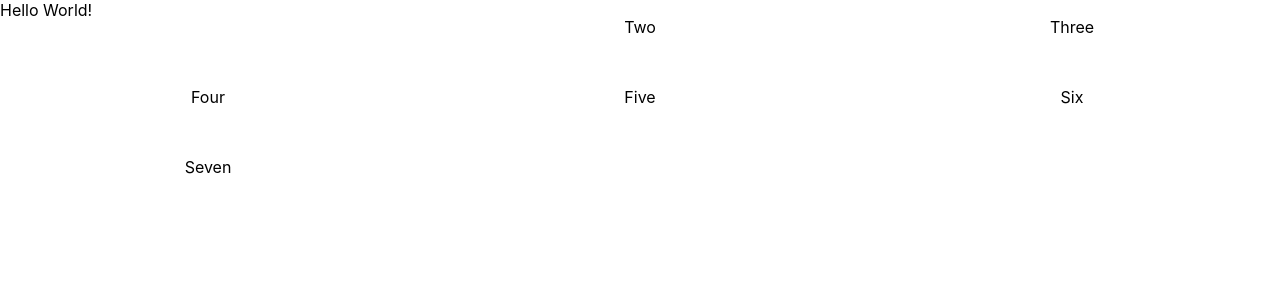
Repository: roistyx/react
Page: /components (app in layouts-app/)
An editor plug-in stored every save of this project. The page is shown before and after the next save, followed by the edit.
The browser window is 1280 px wide. The pictures show the whole page.
The project was rebuilt for these pictures with package versions that can differ from the ones it lists, and the page was loaded fresh each time. Also part of the build but not shown: layouts-app/src/layouts/Line.css, layouts-app/src/layouts/Line.js, layouts-app/src/elements/Btn.css, layouts-app/src/elements/Btn.js, layouts-app/src/elements/TextField.css, layouts-app/src/elements/TextField.js, layouts-app/src/components/Cards/BasicCard.js, layouts-app/src/layouts/Layouts.js.

Above is the page before, as saved 2023-05-02 15:48:48.

After the next save:
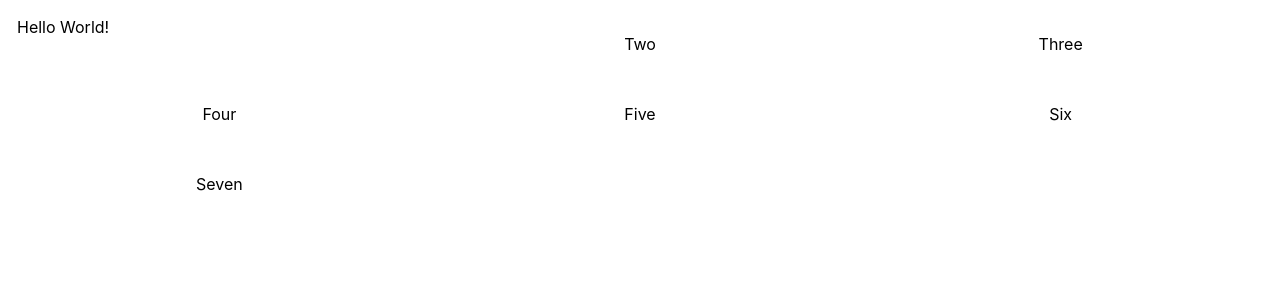
Saved 62 s later.
--- a/layouts-app/src/components/Components.js
+++ b/layouts-app/src/components/Components.js
@@ -7,9 +7,10 @@ import './Components.css';
 export default function Components() {
 	console.log('Components');
 	return (
-		<Grid gap="1rem" bgColor="black">
-			Hello World!
-			{/* <Box>
+		<div className="Components">
+			<Grid gap="1rem" bgColor="black">
+				Hello World!
+				{/* <Box>
 				<BasicCard
 					bgColor="#"
 					borderRadius="10px"
@@ -17,12 +18,13 @@ export default function Components() {
 					boxMargin="1rem"
 				/>
 			</Box> */}
-			<Box>Two</Box>
-			<Box>Three</Box>
-			<Box>Four</Box>
-			<Box>Five</Box>
-			<Box>Six</Box>
-			<Box>Seven</Box>
-		</Grid>
+				<Box>Two</Box>
+				<Box>Three</Box>
+				<Box>Four</Box>
+				<Box>Five</Box>
+				<Box>Six</Box>
+				<Box>Seven</Box>
+			</Grid>
+		</div>
 	);
 }
